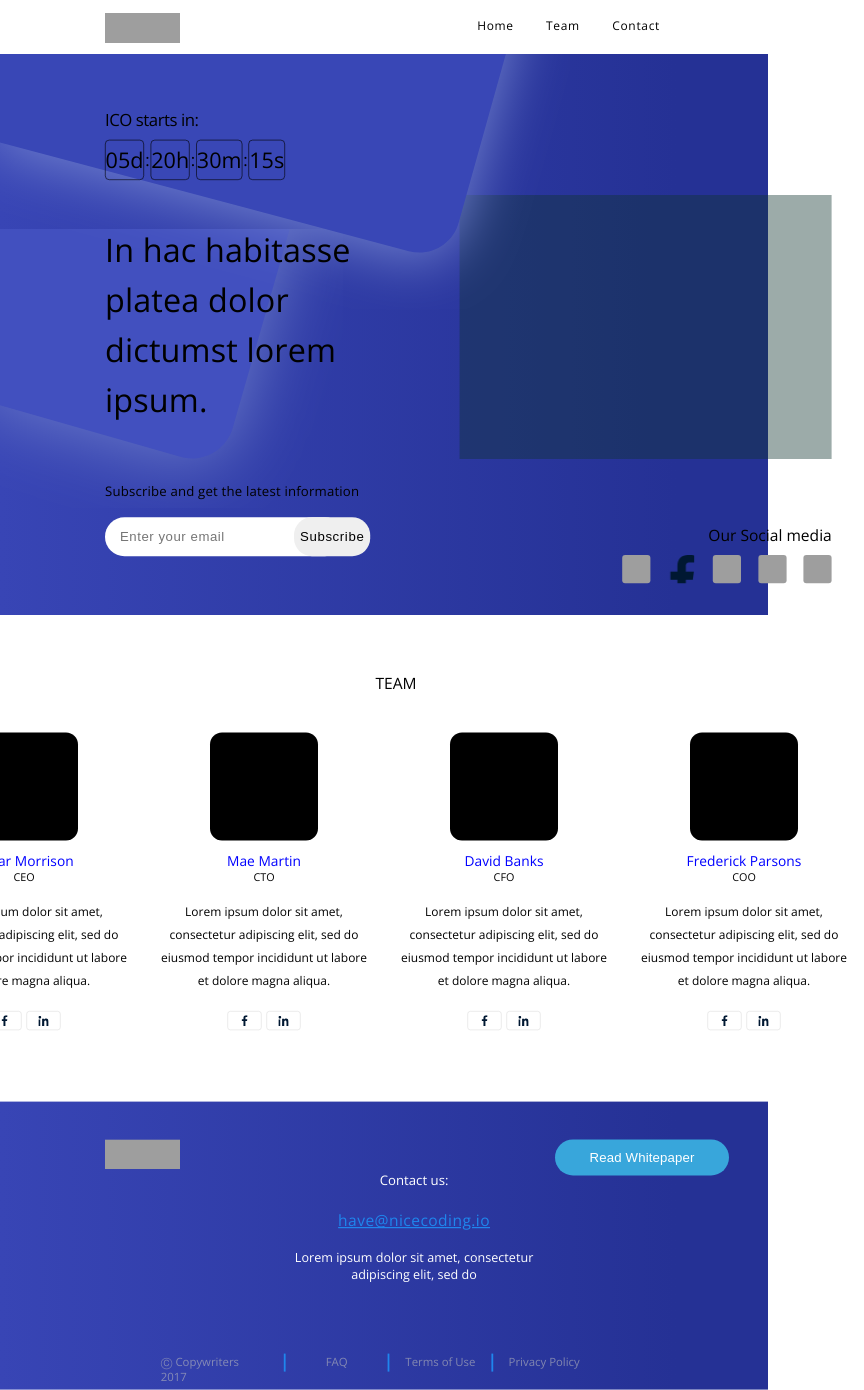
Repository: McGregorSt/newOne
Page: index.html
An editor plug-in stored every save of this project. The page is shown before and after the next save, followed by the edit.
The browser window is 1280 px wide. The page is 1440 px wide, so the pictures cover 1440 px, including what lies to the right of the window. The pictures show the whole page, at 60% of full size.
Pictures or frames that could not be fetched are drawn as grey boxes.

Above is the page before, as saved 2019-12-16 11:27:28.

After the next save:
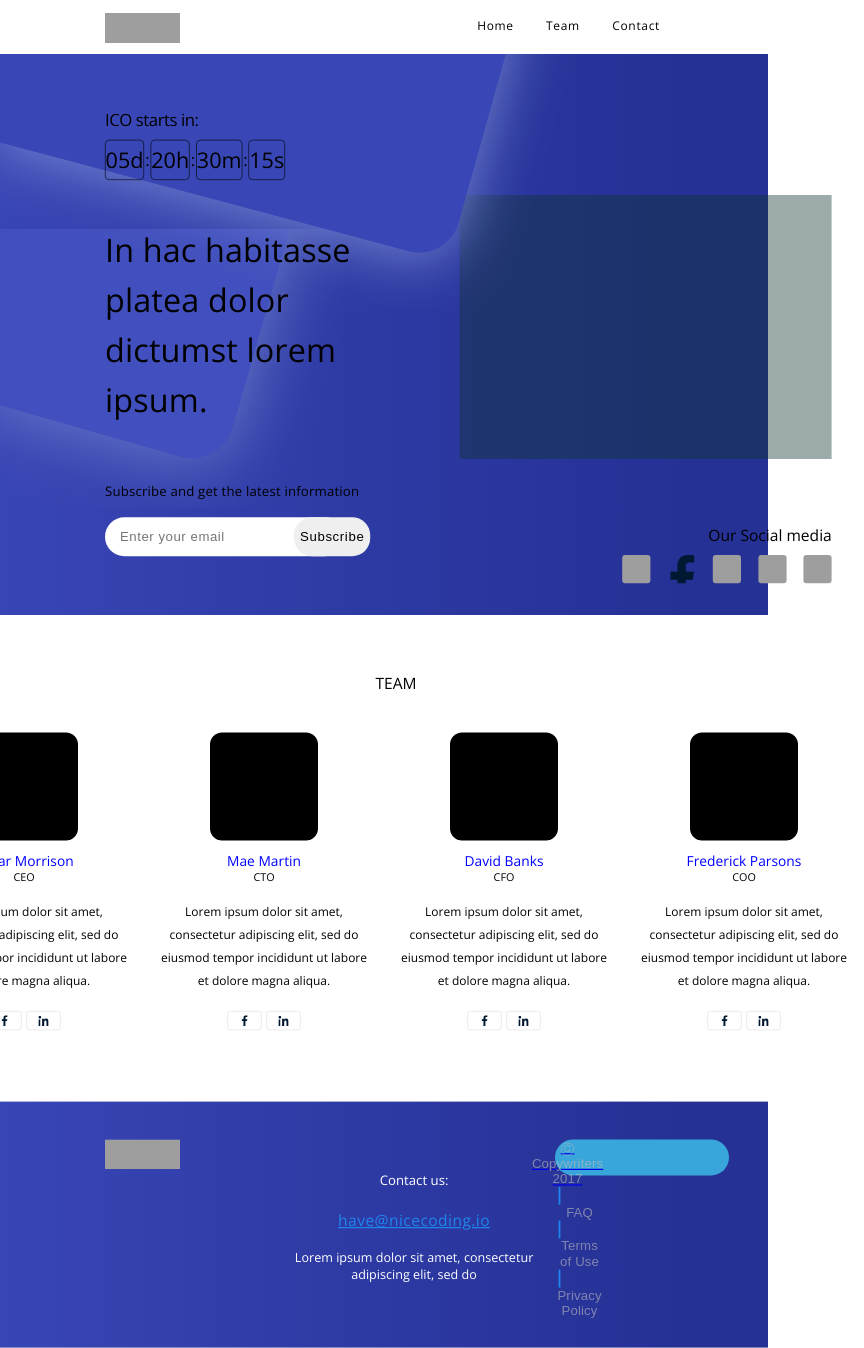
Saved 23 s later.
--- a/index.html
+++ b/index.html
@@ -115,7 +115,7 @@
           <span>Lorem ipsum dolor sit amet, consectetur adipiscing elit, sed do</span>
         </div>
         <div class="footer__main__whitepaper">
-          <button type="button" href="#" class="header__whitepaper__button">Read Whitepaper</button>
+          <button type="button" href="#" class="header__whitepaper__button"><a href="Read Whitepaper</button>
         </div>
       </div>
       <div class="footer__menu">

After the save that followed:
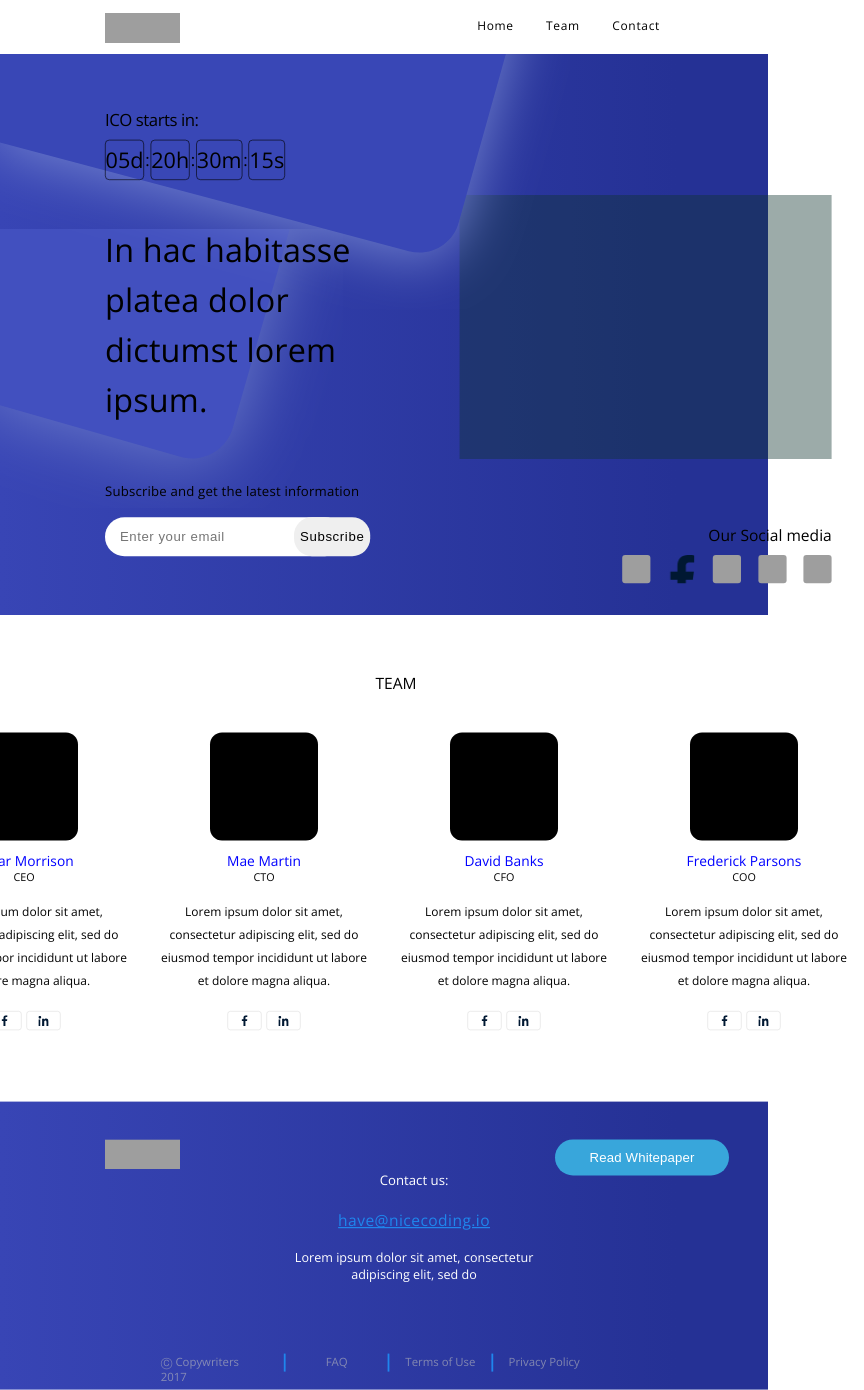
Saved 5 s later.
--- a/index.html
+++ b/index.html
@@ -115,7 +115,7 @@
           <span>Lorem ipsum dolor sit amet, consectetur adipiscing elit, sed do</span>
         </div>
         <div class="footer__main__whitepaper">
-          <button type="button" href="#" class="header__whitepaper__button"><a href="Read Whitepaper</button>
+          <button type="button" href="#" class="header__whitepaper__button"><a href="#"></a>Read Whitepaper</button>
         </div>
       </div>
       <div class="footer__menu">
